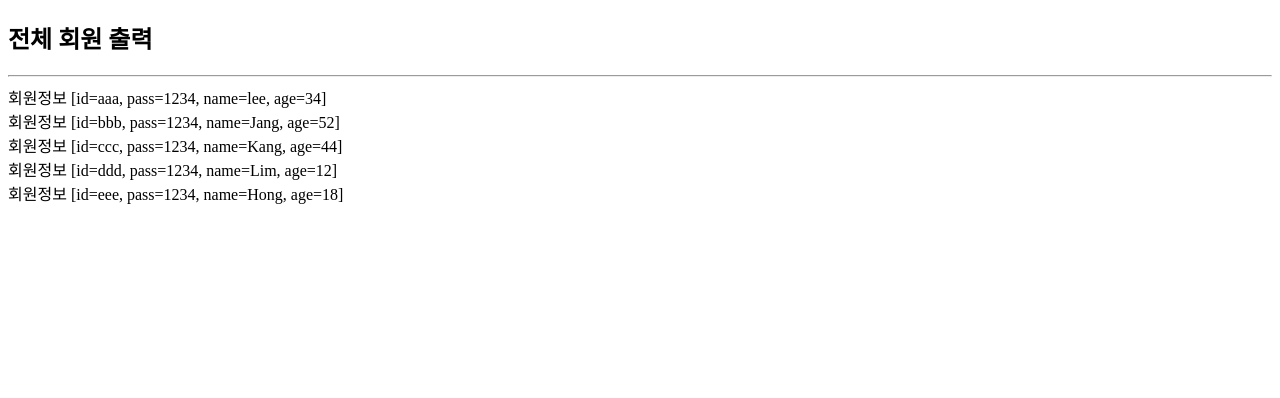
Repository: chuni90/bigdata
Page: http://localhost/tutorial_04/all_member
The author's editor kept a copy of each file at every save. The page is drawn from the files as they stood at one save, then again after the next save.
The browser window is 1280 px wide. The pictures show the whole page.
The page is served by Tomcat 9. Other server files are loaded and not shown.

Above is the page before, as saved 2019-09-24 08:04:26.

### 2. Java DB/Oracle/tutorial_04/WebContent/view/show_allMember.jsp
<%@ page import="mms.model.MemberDTO"%>
<%@ page import="java.util.ArrayList"%>
<%@ page language="java" contentType="text/html; charset=UTF-8"
    pageEncoding="UTF-8"%>


<!DOCTYPE html PUBLIC "-//W3C//DTD HTML 4.01 Transitional//EN" "http://www.w3.org/TR/html4/loose.dtd">
<html>
	<head>
		<meta http-equiv="Content-Type" content="text/html; charset=UTF-8">
		<title>전체 회원 출력</title>
	</head>
	<body>
		<h2>전체 회원 출력</h2><hr>

		<%
			ArrayList<MemberDTO> list =(ArrayList<MemberDTO>) request.getAttribute("list");


			/* MemberDTO dto = (MemberDTO) request.getAttribute("list").get(i); */
			for(int i = 0; i<list.size(); i++) {
				MemberDTO dto = new MemberDTO(list.get(i).getId(), list.get(i).getPass(), list.get(i).getName(), list.get(i).getAge());
		%>
			<%=dto.toString() %><br>
		<% } %>

	</body>
</html>

### 2. Java DB/Oracle/tutorial_04/src/mms/action/ShowAllMemberServlet.java
package mms.action;

import java.io.IOException;
import java.io.PrintWriter;
import java.util.ArrayList;

import javax.servlet.RequestDispatcher;
import javax.servlet.ServletException;
import javax.servlet.annotation.WebServlet;
import javax.servlet.http.HttpServlet;
import javax.servlet.http.HttpServletRequest;
import javax.servlet.http.HttpServletResponse;

import mms.model.MemberDTO;
import mms.svc.MemberService;

@WebServlet("/all_member")
public class ShowAllMemberServlet extends HttpServlet {

    public ShowAllMemberServlet() {
    }

	protected void doGet(HttpServletRequest request, HttpServletResponse response)
			throws ServletException, IOException {
		// 요청 파라
		request.setCharacterEncoding("UTF-8");

		// 비즈니스 로직
		MemberService ms = new MemberService();
		ArrayList<MemberDTO> list = null;
		list = ms.showAllMember();
		request.setAttribute("list", list);


		// 응답 처리
		response.setContentType("text/html; charset = UTF-8");
		RequestDispatcher rdp = request.getRequestDispatcher("/view/show_allMember.jsp");
		rdp.forward(request, response);

	}

	protected void doPost(HttpServletRequest request, HttpServletResponse response)
			throws ServletException, IOException {
		doGet(request, response);
	}

}

### 2. Java DB/Oracle/tutorial_04/src/mms/svc/MemberService.java
package mms.svc;

import java.util.ArrayList;

import mms.model.MemberDTO;

public class MemberService {

	ArrayList<MemberDTO> list;

	public MemberService() {
		list = new ArrayList<MemberDTO>();
		list.add(new MemberDTO("aaa", "1234", "lee", 34));
		list.add(new MemberDTO("bbb", "1234", "Jang", 52));
		list.add(new MemberDTO("ccc", "1234", "Kang", 44));
		list.add(new MemberDTO("ddd", "1234", "Lim", 12));
		list.add(new MemberDTO("eee", "1234", "Hong", 18));
	}

	public MemberDTO searchMemberById(String id) {
		MemberDTO dto = null;
		for(int i = 0; i < list.size(); i++) {
			if(id.equals(list.get(i).getId())) {
				dto = list.get(i);
				break;
			}
		}
		return dto;
	}


	public ArrayList<MemberDTO> showAllMember() {
		return list;
	}


}

### 2. Java DB/Oracle/tutorial_04/src/mms/model/MemberDTO.java
package mms.model;

public class MemberDTO {
	private String id;
	private String pass;
	private String name;
	private int age;

	public MemberDTO() {}

	public MemberDTO(String id, String pass, String name, int age) {
		this.id = id;
		this.pass = pass;
		this.name = name;
		this.age = age;
	}

	public String getId() {
		return id;
	}

	public void setId(String id) {
		this.id = id;
	}

	public String getPass() {
		return pass;
	}

	public void setPass(String pass) {
		this.pass = pass;
	}

	public String getName() {
		return name;
	}

	public void setName(String name) {
		this.name = name;
	}

	public int getAge() {
		return age;
	}

	public void setAge(int age) {
		this.age = age;
	}

	@Override
	public String toString() {
		return "회원정보 [id=" + id + ", pass=" + pass + ", name=" + name + ", age=" + age + "]";
	}



}

After the next save:
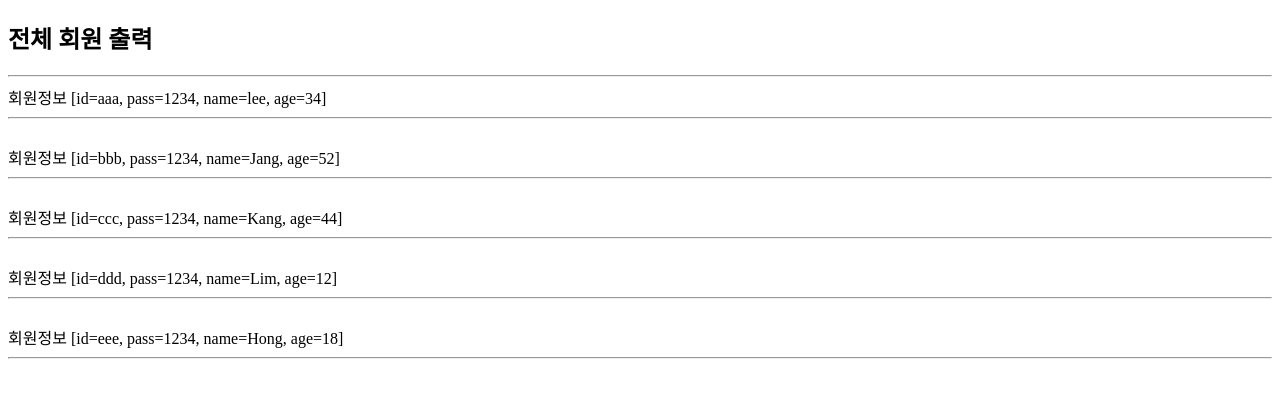
Saved 22 s later.
--- a/2. Java DB/Oracle/tutorial_04/WebContent/view/show_allMember.jsp
+++ b/2. Java DB/Oracle/tutorial_04/WebContent/view/show_allMember.jsp
@@ -21,7 +21,7 @@
 			for(int i = 0; i<list.size(); i++) {
 				MemberDTO dto = new MemberDTO(list.get(i).getId(), list.get(i).getPass(), list.get(i).getName(), list.get(i).getAge());
 		%>
-			<%=dto.toString() %><br>
+			<%=dto.toString() %><hr><br>
 		<% } %>
 
 	</body>
